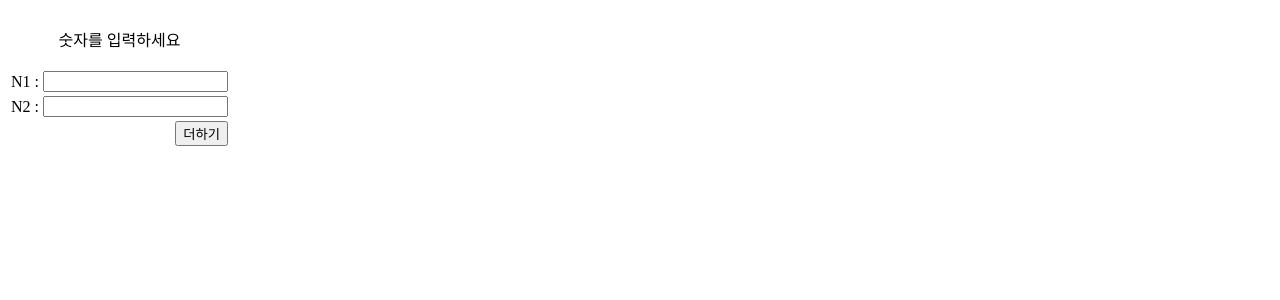
Repository: HyeogDo/Study_Java
Page: http://localhost/JSP/Quiz_06.jsp
These files come from the project's save history. The page is drawn as it stood at one moment and after a run of saves; the edit follows.
The browser window is 1280 px wide. The pictures show the whole page.
The page is served by Tomcat 9.

Above is the page before, as saved 2022-03-16 06:04:36.

### JSP/JSP/src/main/webapp/Quiz_06.jsp
<%@ page language="java" contentType="text/html; charset=UTF-8"
    pageEncoding="UTF-8"%>
<!DOCTYPE html>
<html>
	<head>
		<meta charset="UTF-8">
		<title>Insert title here</title>
	</head>
	<body>
		<form action="Quiz_06_sum.jsp" method="post">
		<table >
			<tr>
				<td colspan="2" align="center"><p>숫자를 입력하세요</p></td>
			</tr>
			<tr>
				<td>N1 : </td>
				<td><input type="text" name="number1"></td>
			</tr>
			<tr>
				<td>N2 : </td>
				<td><input type="text" name="number2"></td>
			</tr>
			<tr>
				<td></td>
				<td align="right"><input type="submit" value="더하기" size="25" ></td>

			</tr>

		</table>
		</form>

	</body>
</html>

After the next 2 saves:
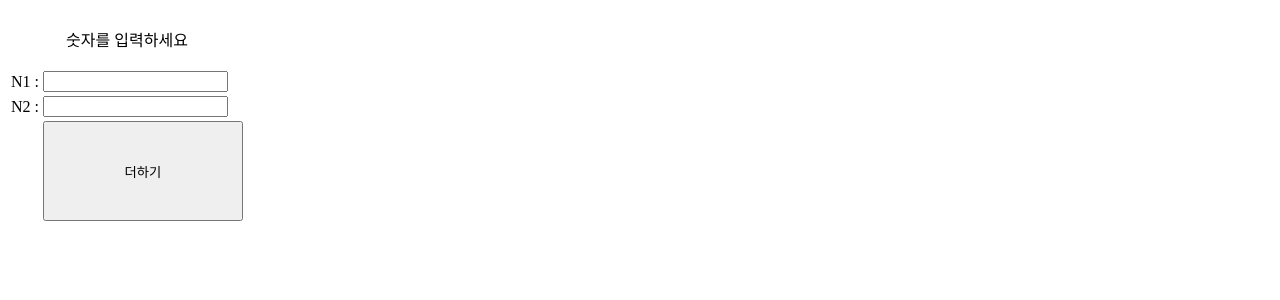
The 2 saves are shown as one change because they came seconds apart.
The last was saved 2 min 4 s later.
--- a/JSP/JSP/src/main/webapp/Quiz_06.jsp
+++ b/JSP/JSP/src/main/webapp/Quiz_06.jsp
@@ -22,7 +22,7 @@
 			</tr>
 			<tr>
 				<td></td>
-				<td align="right"><input type="submit" value="더하기" size="25" ></td>
+				<td align="right"><input type="submit" value="더하기" style="height: 100px; width: 200px;"></td>
 
 			</tr>
 
